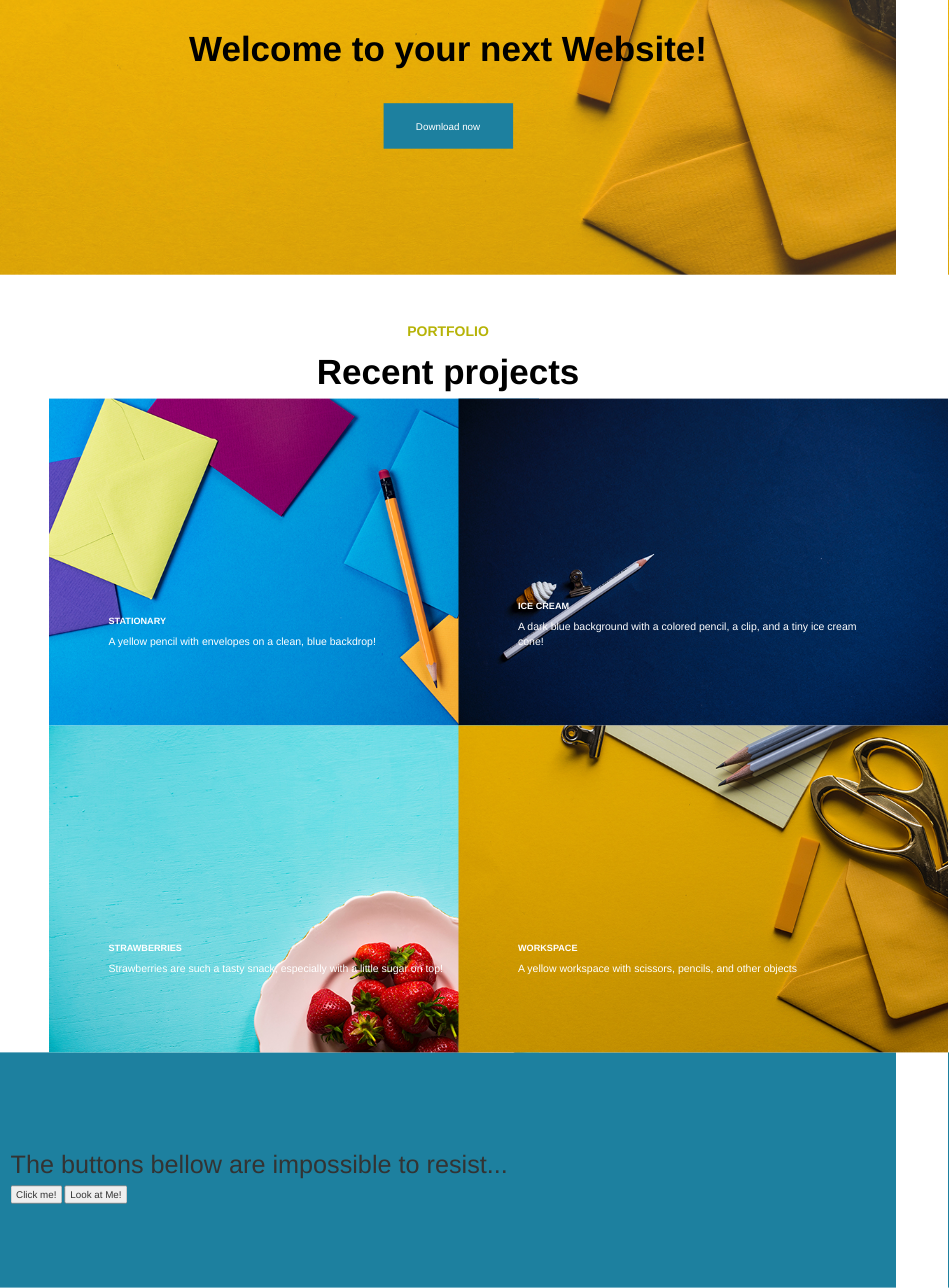
Repository: codin-full-stack/tomasz
Page: http://localhost/tomasz/portfolio/index.php
The author's editor kept a copy of each file at every save. The page is drawn from the files as they stood at one save, then again after the next save.
The browser window is 1280 px wide. The page is 1355 px wide, so the pictures cover 1355 px, including what lies to the right of the window. The pictures show the part of the page from y = 2038 to 3878 px (the page is 3878 px tall before and 3638 px after), at 70% of full size.
Some web libraries are served in a nearby version. The page is run by PHP 8.4 with error messages shown; the project is at /var/www/html/.

Above is the page before, as saved 2018-10-23 09:23:33.

### portfolio/index.php
<!DOCTYPE html>
<html lang="en">
  <head>
    <meta charset="utf-8">
    <meta name="viewport" content="width=device-width, initial-scale=1, shrink-to-fit=no">
    <link rel="stylesheet" href="styles.css">
    <!-- Latest compiled and minified CSS -->
    <link rel="stylesheet" href="https://maxcdn.bootstrapcdn.com/bootstrap/3.3.7/css/bootstrap.min.css">
    <link rel="stylesheet" href="https://use.fontawesome.com/releases/v5.4.1/css/all.css" integrity="sha384-5sAR7xN1Nv6T6+dT2mhtzEpVJvfS3NScPQTrOxhwjIuvcA67KV2R5Jz6kr4abQsz" crossorigin="anonymous">
    <!-- jQuery library -->
    <script src="https://ajax.googleapis.com/ajax/libs/jquery/3.3.1/jquery.min.js"></script>
    <!-- Latest compiled JavaScript -->
    <script src="https://maxcdn.bootstrapcdn.com/bootstrap/3.3.7/js/bootstrap.min.js"></script>
  </head>

<body>
    <section class="first">
      <div class="container-fluid flex">
        <div class="textbox">
        <h1 class="maintext">Stylish portfolio</h1>
        <h2 class="secondtext"><i>A free Bootstrap Theme by Start Bootstrap</i></h2>
        <button class="button">Find Out More</button>
        </div>
      </div>
    </section>

    <section class="second">
      <div class="container-fluid flex">
        <div class="textbox2">
          <h1 class="maintext2">Stylish portfolio is the perfect theme for your next project!</h1>
          <h2 class="secondtext2"><i>This theme features is flexible, UX friendly sidebar menu and stock photos from your friends at Unsplash!</i></h2>
          <button class="button2">What We Offer</button>
        </div>
      </div>
    </section>

    <section class="third">
      <div class="container flex">
        <div class="textbox3">
        <h2 class="secondtext3">SERVICES</h2>
        <h1 class="maintext3">What We Offer</h1>
          <div class="row">
              <div class="col-md-3">
                <div class="iconframe"></div>
                <p class="maintext4">Responsive</p>
                <p class="secondtext4">Looks great on any screen size!</p>
              </div>
              <div class="col-md-3">
              <div class="iconframe"></div>
                <p class="maintext4">Redesigned</p>
                <p class="secondtext4">Freshly design for Boostrap 4.</p>
              </div>
              <div class="col-md-3">
                <div class="iconframe"></div>
                  <p class="maintext4">Favorited</p>
                  <p class="secondtext4">Million of users (icon) Boostrap!</p>

              </div>
              <div class="col-md-3">
                <div class="iconframe"></div>
                  <p class="maintext4">Question</p>
                  <p class="secondtext4">I mustache you a question..</p>
              </div>
            </div>
        </div>
      </div>
    </section>

        <section class="fourth">
      <div class="container-fluid flex">
        <div class="textbox4">
        <h1 class="maintext5">Welcome to your next Website!</h1>
        <button class="button">Download now</button>
        </div>
      </div>
    </section>

<section class="fifth">
      <div class="container flex">
        <div class="textbox5">
        <h2 class="secondtext5">PORTFOLIO</h2>
        <h1 class="maintext5">Recent projects</h1>
          <div class="row">
              <div class="col-md-6">
                <img src="images/portfolio-1.jpg" alt="">
                  <div class="photobox">
                  <h2 class="maintext6">STATIONARY</h2>
                  <p class="secondtext6">A yellow pencil with envelopes on a clean, blue backdrop!</p>
                  </div>
              </div>
              <div class="col-md-6">
              <img src="images/portfolio-2.jpg" alt="">
                <div class="photobox">
                  <h2 class="maintext6">ICE CREAM</h2>
                  <p class="secondtext6">A dark blue background with a colored pencil, a clip, and a tiny ice cream cone!</p>
                </div>
              </div>
            </div>
            <div class="row">
              <div class="col-md-6">
              <img src="images/portfolio-3.jpg" alt="">
                <div class="photobox">
                  <h2 class="maintext6">STRAWBERRIES</h2>
                  <p class="secondtext6">Strawberries are such a tasty snack, especially with a little sugar on top!</p>
                </div>
              </div>
              <div class="col-md-6">
                <img src="images/portfolio-4.jpg" alt="">
                  <div class="photobox">
                    <h2 class="maintext6">WORKSPACE</h2>
                    <p class="secondtext6">A yellow workspace with scissors, pencils, and other objects</p>
                </div>
              </div>
            </div>
        </div>
      </div>
    </section>


    <section class="seventh">
      <div class="container-fluid flex">
        <div class="textbox7">
          <h1 class="maintext7">The buttons bellow are impossible to resist...</h1>
          <button class="button7-1">Click me!</button>
          <button class="button7-2">Look at Me!</button>
        </div>
      </div>
    </section>




</body>



























</html>

### portfolio/styles.css
body {
    /* width: 100vw;
    height: 100vh; */
}

.first {
    height: 100vh;
    display: flex;
    width: 100%;
    background-image: url("images/bg-masthead.jpg");
    background-position: left;
    background-repeat: no-repeat;
    background-size: cover;
}

.second {
    padding: 120px 0;
    background-color: #ffffff;

}
.third {
    background-color: #1d809f;
    height: 550px;
}

.fourth {
    height: 100vh;
    background-image: url("images/bg-callout.jpg");
    background-position: left;
    background-repeat: no-repeat;
    background-size: cover;
}
.fifth {
    /* height: 100vh; */

}
.seventh {
    padding: 120px 0;
    background-color: #1d809f;
}

.textbox {
    width: 650px;
    align-self: center;
    text-align: center;
    margin: 0 auto;
}
.textbox2 {

    width: 840px;
    align-self: center;
    text-align: center;
    margin: 0 auto;
}

.textbox3 {
    padding-top: 100px;
    align-self: center;
    text-align: center;
    margin: 0 auto;
}
.textbox4 {
    padding-top: 350px;
    align-self: center;
    text-align: center;
    margin: 0 auto;
}
.textbox5 {
    padding-top: 50px;
    align-self: center;
    text-align: center;
    margin: 0 auto;
}

.first h1 {
    font-size: 85px;
}

.first h2 {
    font-size: 30px;
}

.second h1 {
    font-size: 26px;
    font-weight: 750;
}
.second h2 {
    font-size: 16px;
    font-weight: 750;
}
.third h2 {
    font-size: 20px;
    font-weight: bold;
    color: #b6b307;
}

.third h1 {
    font-size: 50px;
    font-weight: bold;
    color: #ffffff;
}
.fourth h1 {
    font-size: 50px;
    font-weight: bold;
    color: #000000;
}

.maintext4 {
    font-size: 30px;
    font-weight: bold;
    color: #ffffff;
}

.secondtext4 {
    font-size: 20px;
    font-weight: bold;
    color: #bcd4d1;
}

.fifth h2 {
    font-size: 20px;
    font-weight: bold;
    color: #b6b307;
}

.fifth h1 {
    font-size: 50px;
    font-weight: bold;
    color: #000000;
}

.photobox h2 {
    color: #ffffff;
    font-size:  13px;
    text-align: left;
}

.photobox p {
    color: #ffffff;
    text-align: left;
    font-size: 15px;
}
.container-fluid {

}

.flex {
    display: flex;
}

.button {
    width: 185px;
    height: 65px;
    background-color: #1d809f;
    border: none;
    color: #ffffff;
    align-self: center;
    margin-top: 40px;
}

.button2 {
    width: 185px;
    height: 65px;
    background-color: #000000;
    border: none;
    color: #ffffff;
    margin-top: 40px;
}

.iconframe {
    height: 120px;
    width: 120px;
    background-color: #ffffff;
    border-radius: 100%;
    display: inline-block;
}

.photobox {
    position: absolute;
    bottom: 100px;
    left: 100px;
}

After the next save:
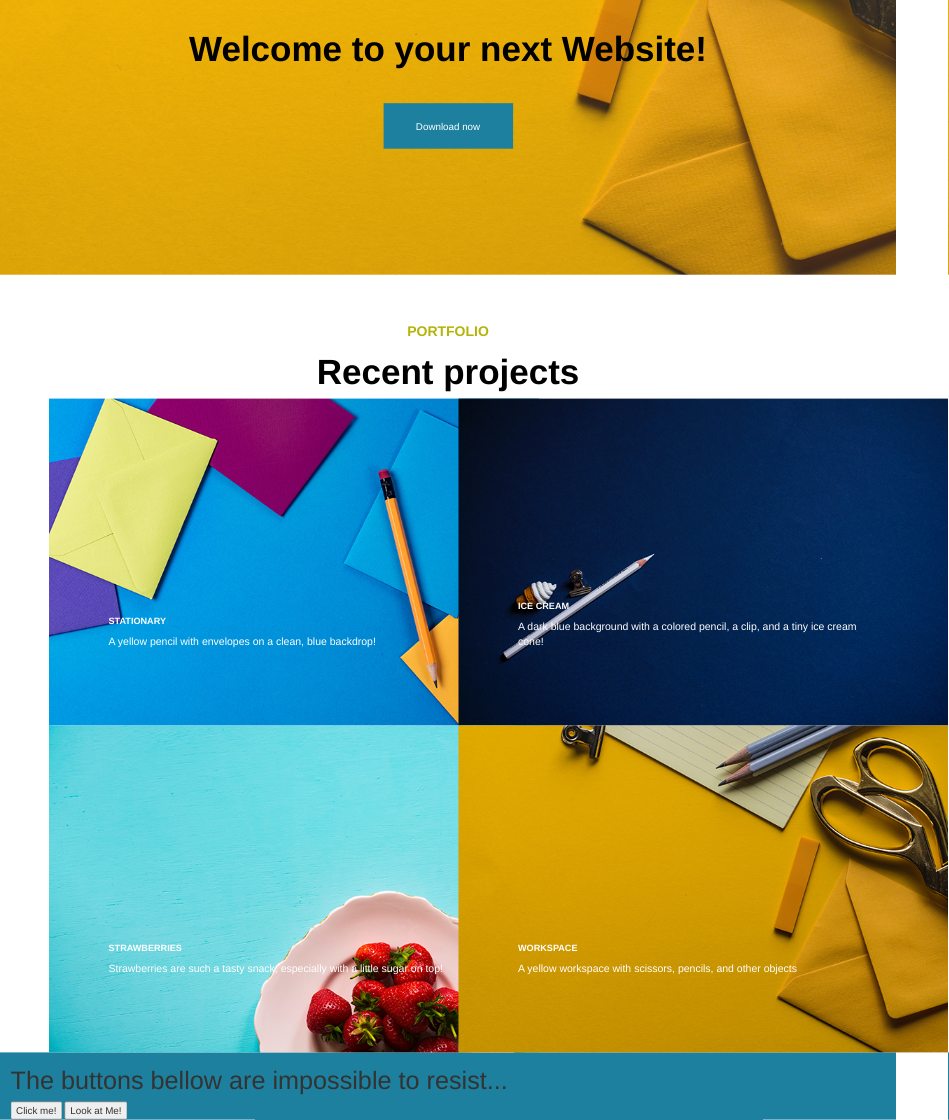
Saved 31 s later.
--- a/portfolio/styles.css
+++ b/portfolio/styles.css
@@ -35,7 +35,7 @@
 
 }
 .seventh {
-    padding: 120px 0;
+    /* padding: 120px 0; */
     background-color: #1d809f;
 }
 

After the save that followed:
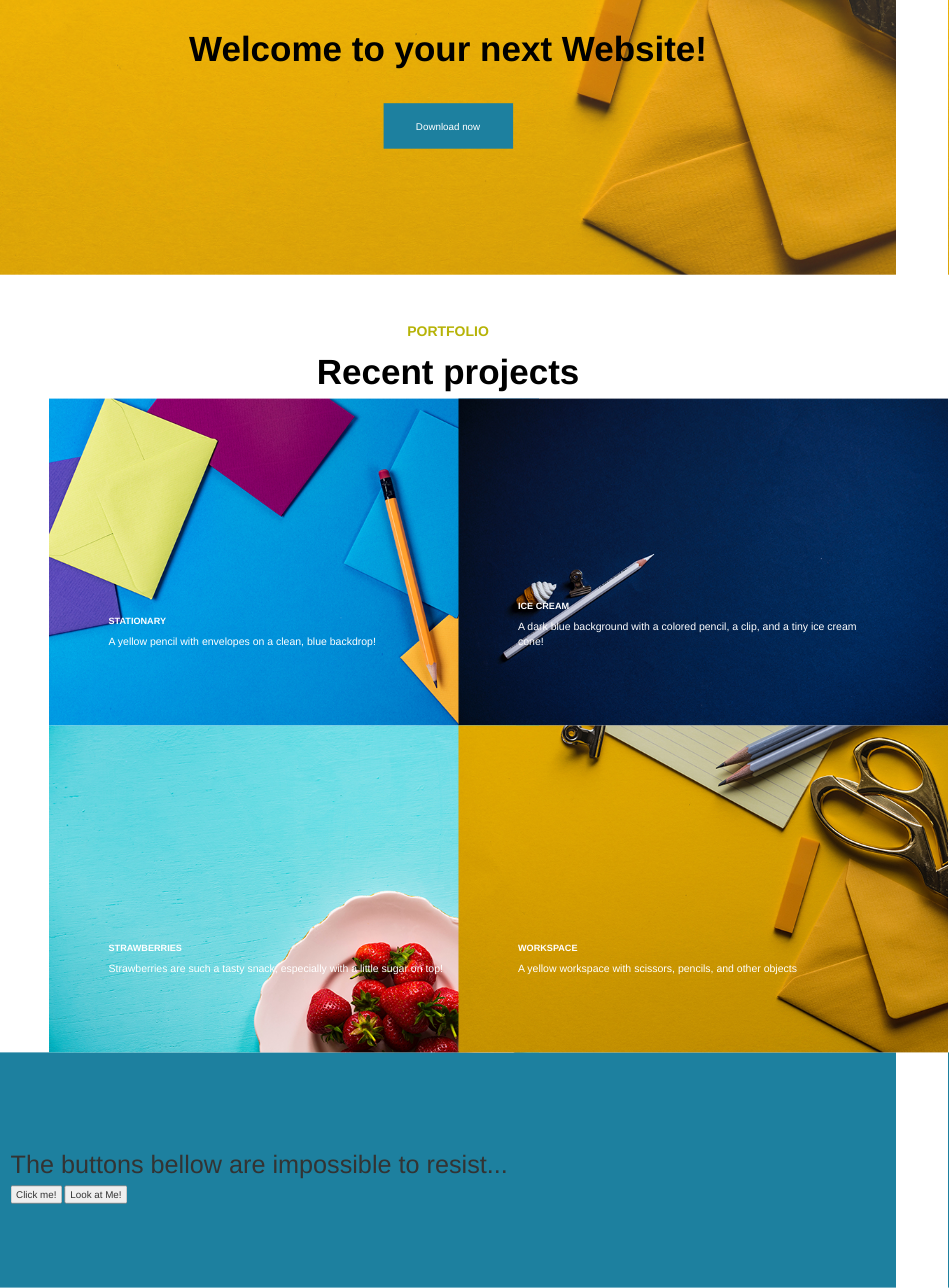
Saved 4 s later.
--- a/portfolio/styles.css
+++ b/portfolio/styles.css
@@ -35,7 +35,7 @@
 
 }
 .seventh {
-    /* padding: 120px 0; */
+    padding: 120px 0;
     background-color: #1d809f;
 }
 
